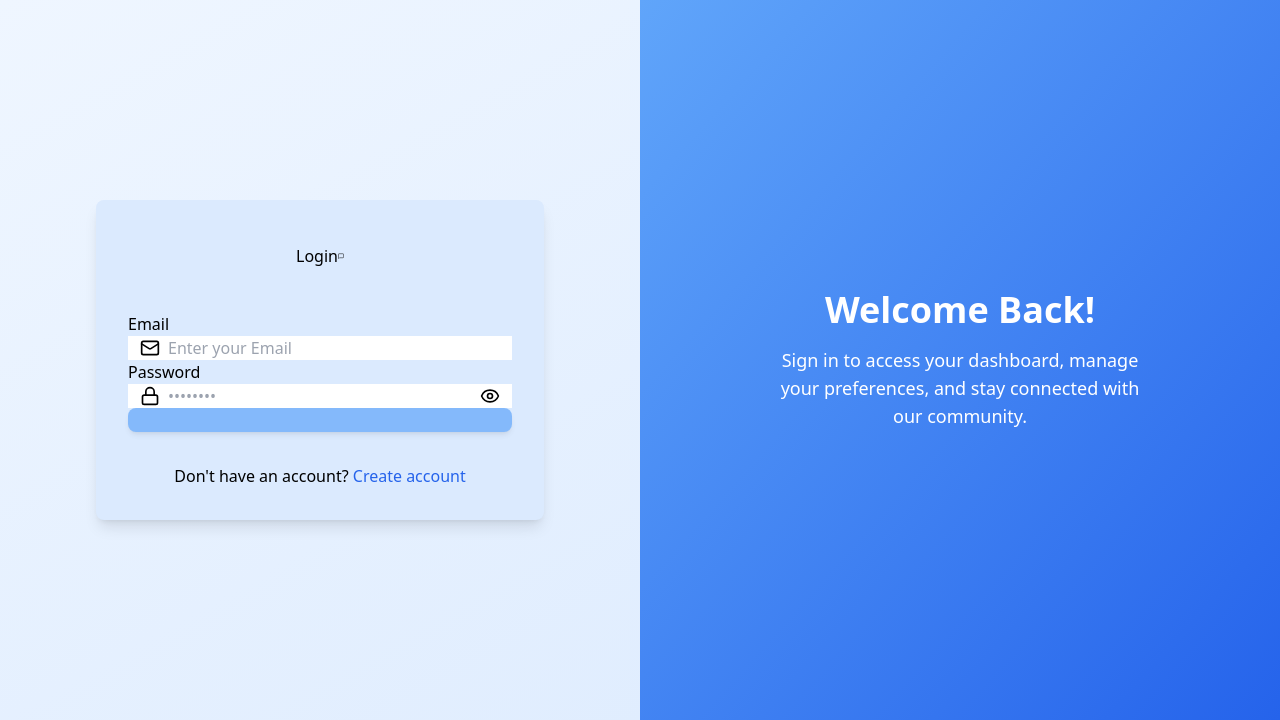
Repository: Subhashree-Nayak507/Test
Page: /login (app in client/)
An editor plug-in stored every save of this project. The page is shown before and after the next save, followed by the edit.
The browser window is 1280 px wide. The pictures show the whole page.
The project was rebuilt for these pictures with package versions that can differ from the ones it lists, and the page was loaded fresh each time. Also part of the build but not shown: client/vite.config.js, client/src/pages/FormPage.jsx, client/src/pages/SignupPage.jsx.

Above is the page before, as saved 2025-01-06 13:03:28.

After the next save:
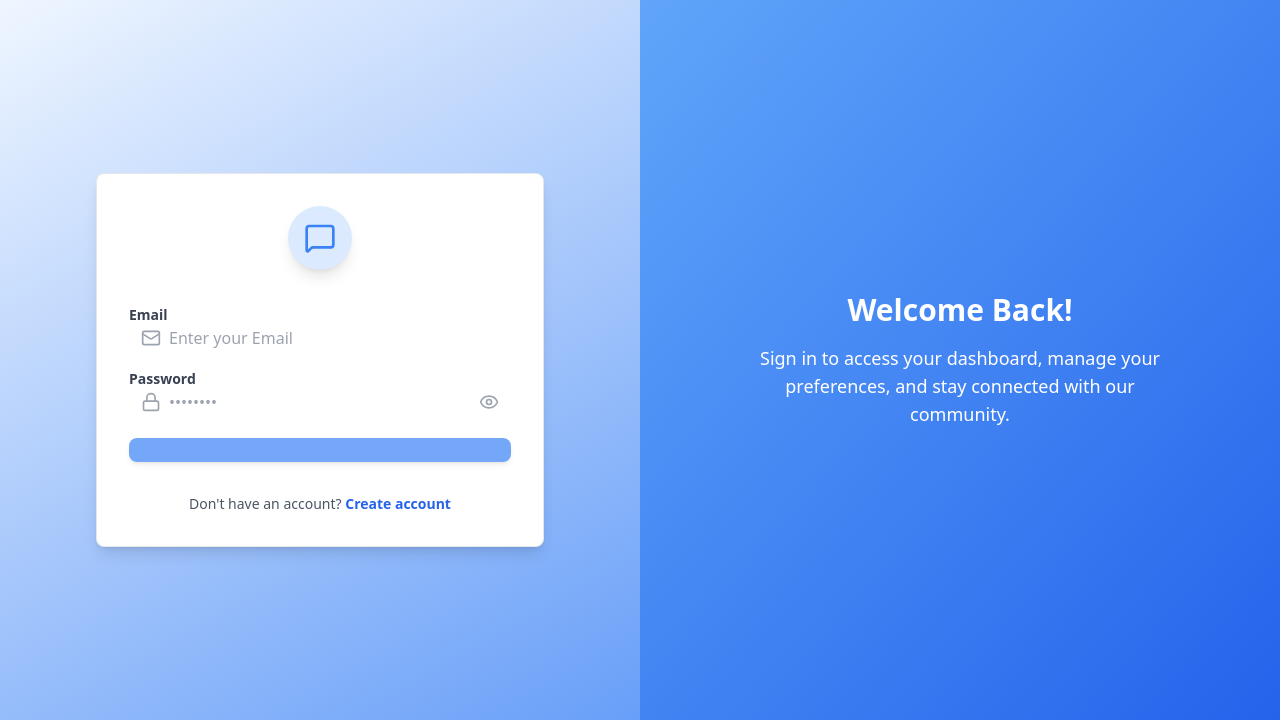
Saved 59 s later.
--- a/client/src/pages/LoginPage.jsx
+++ b/client/src/pages/LoginPage.jsx
@@ -27,7 +27,7 @@ const LoginPage = () => {
       const response = await dispatch(loginUser(formData)).unwrap();
       if (response.success) {
         alert("Login successfully");
-        navigate("/dashboard"); // redirect to the dashboard or appropriate page
+        navigate("/dashboard");
       }
     } catch (err) {
       console.error('Authentication failed:', err);
@@ -35,40 +35,39 @@ const LoginPage = () => {
   };
 
   return (
-    <div className="h-screen grid lg:grid-cols-2 bg-gradient-to-br from-blue-50 to-blue-100">
+    <div className="h-screen grid lg:grid-cols-2 bg-gradient-to-br from-blue-50 to-blue-500">
       {/* Left Side - Form */}
       <div className="flex flex-col justify-center items-center p-6 sm:p-12">
-        <div className="w-full max-w-md space-y-8 bg-blue-100 p-8 shadow-lg rounded-lg">
+        <div className="w-full max-w-md space-y-8 bg-white p-8 shadow-lg rounded-lg border border-gray-200">
           {/* Logo */}
           <div className="text-center mb-8">
-            <div className="flex flex-col items-center gap-2 group">
-              <div className="w-12 h-12 rounded-xl bg-primary/10 flex items-center justify-center group-hover:bg-primary/20 transition-colors">
-              Login
-                <MessageSquare className="w-6 h-6 text-primary" />
+            <div className="flex flex-col items-center gap-2">
+              <div className="w-16 h-16 rounded-full bg-blue-100 flex items-center justify-center shadow-lg">
+                <MessageSquare className="w-8 h-8 text-blue-500" />
               </div>
             </div>
           </div>
 
+          {/* Error message */}
           {error && (
-            <div className="bg-red-100 border border-red-400 text-red-700 px-4 py-3 rounded relative">
+            <div className="bg-red-100 border border-red-400 text-red-700 px-4 py-3 rounded relative mb-4">
               {error}
             </div>
           )}
 
           {/* Form */}
           <form onSubmit={handleSubmit}>
-            <div className="form-control">
-              <label className="label">
-                <span className="label-text font-medium">Email</span>
-              </label>
+            {/* Email Input */}
+            <div className="form-control mb-4">
+              <label className="label text-sm font-semibold text-gray-700">Email</label>
               <div className="relative">
                 <div className="absolute inset-y-0 left-0 pl-3 flex items-center pointer-events-none">
-                  <Mail className="h-5 w-5 text-base-content/40" />
+                  <Mail className="h-5 w-5 text-gray-400" />
                 </div>
                 <input
                   type="email"
                   name="Email"
-                  className="input input-bordered w-full pl-10 focus:ring-2 focus:ring-primary focus:outline-none"
+                  className="input input-bordered w-full pl-10 focus:ring-2 focus:ring-blue-500 focus:outline-none"
                   placeholder="Enter your Email"
                   value={formData.Email}
                   onChange={handleInputChange}
@@ -76,18 +75,17 @@ const LoginPage = () => {
               </div>
             </div>
 
-            <div className="form-control">
-              <label className="label">
-                <span className="label-text font-medium">Password</span>
-              </label>
+            {/* Password Input */}
+            <div className="form-control mb-6">
+              <label className="label text-sm font-semibold text-gray-700">Password</label>
               <div className="relative">
                 <div className="absolute inset-y-0 left-0 pl-3 flex items-center pointer-events-none">
-                  <Lock className="h-5 w-5 text-base-content/40" />
+                  <Lock className="h-5 w-5 text-gray-400" />
                 </div>
                 <input
                   type={showPassword ? "text" : "password"}
                   name="Password"
-                  className="input input-bordered w-full pl-10 focus:ring-2 focus:ring-primary focus:outline-none"
+                  className="input input-bordered w-full pl-10 focus:ring-2 focus:ring-blue-500 focus:outline-none"
                   placeholder="••••••••"
                   value={formData.Password}
                   onChange={handleInputChange}
@@ -98,20 +96,19 @@ const LoginPage = () => {
                   onClick={() => setShowPassword(!showPassword)}
                 >
                   {showPassword ? (
-                    <EyeOff className="h-5 w-5 text-base-content/40" />
+                    <EyeOff className="h-5 w-5 text-gray-400" />
                   ) : (
-                    <Eye className="h-5 w-5 text-base-content/40" />
+                    <Eye className="h-5 w-5 text-gray-400" />
                   )}
                 </button>
               </div>
             </div>
 
+            {/* Submit Button */}
             <button
               type="submit"
               disabled={isLoading}
-              className="btn btn-primary w-full flex justify-center bg-blue-400 text-black
-               items-center py-3 rounded-lg font-semibold shadow-md transition-all duration-300
-               hover:bg-primary-focus hover:scale-105 active:scale-95 disabled:opacity-70"
+              className="btn btn-primary w-full flex justify-center items-center py-3 rounded-lg font-semibold shadow-md text-white bg-blue-500 hover:bg-blue-600 focus:outline-none active:scale-95 disabled:opacity-70"
             >
               {isLoading ? (
                 <span className="loading loading-spinner"></span>
@@ -121,10 +118,11 @@ const LoginPage = () => {
             </button>
           </form>
 
-          <div className="text-center">
-            <p className="text-base-content/60">
+          {/* Sign up link */}
+          <div className="text-center mt-4">
+            <p className="text-sm text-gray-600">
               Don't have an account?{" "}
-              <Link to="/register" className="link link-primary text-blue-600">
+              <Link to="/register" className="text-blue-600 font-semibold">
                 Create account
               </Link>
             </p>
@@ -133,9 +131,9 @@ const LoginPage = () => {
       </div>
 
       {/* Right Side - Decorative */}
-      <div className="hidden lg:flex items-center justify-center bg-gradient-to-br from-blue-400 to-blue-600 text-white">
-        <div className="text-center max-w-md p-8">
-          <h2 className="text-4xl font-bold mb-4">Welcome Back!</h2>
+      <div className="hidden lg:flex items-center justify-center bg-gradient-to-br from-blue-400 to-blue-600 text-white px-8 py-12">
+        <div className="text-center max-w-md">
+          <h2 className="text-3xl font-bold mb-4">Welcome Back!</h2>
           <p className="text-lg">
             Sign in to access your dashboard, manage your preferences, and stay connected with our community.
           </p>
